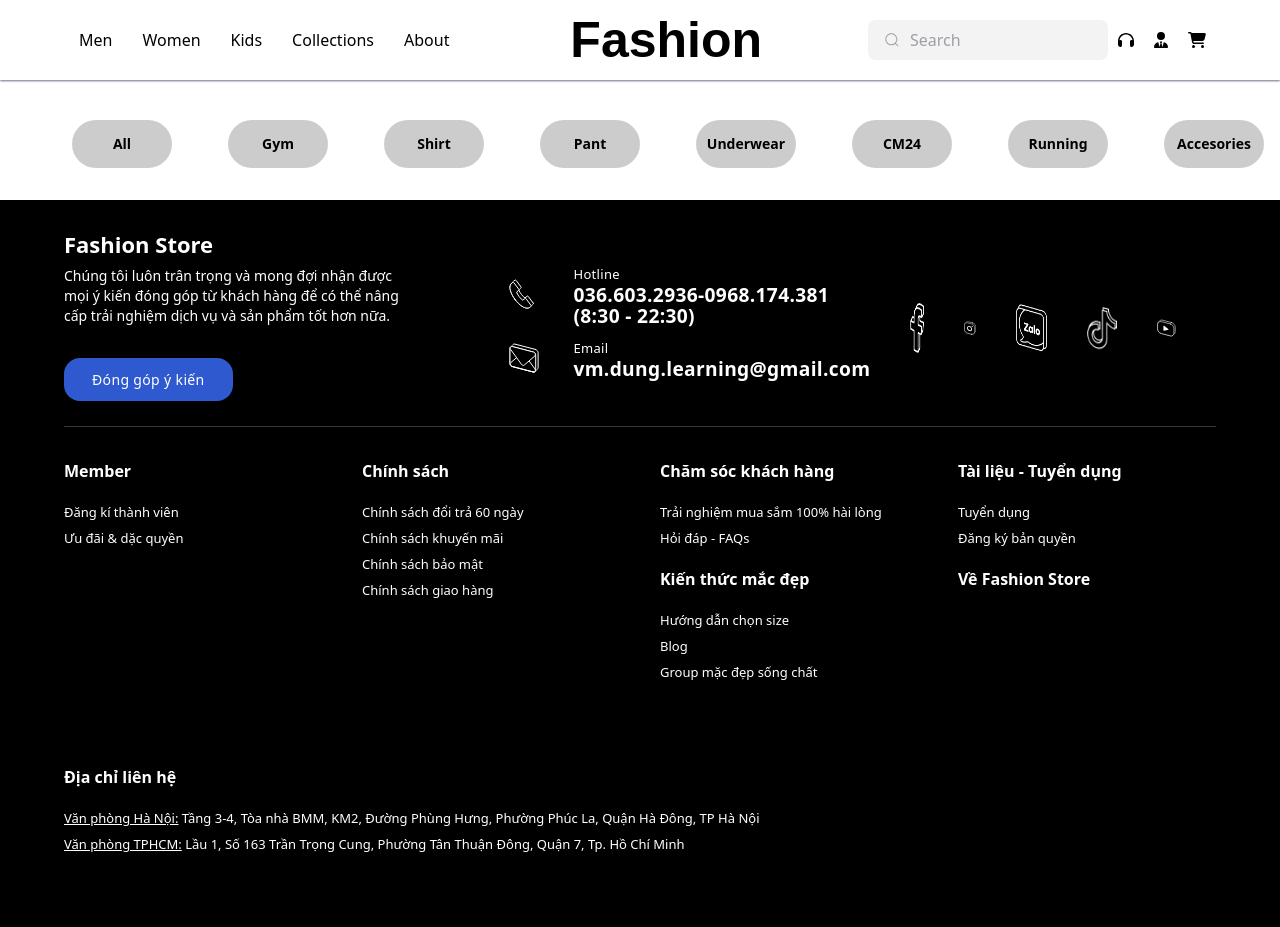
Repository: VuSnow/Software_Engineering
Page: /products
An editor plug-in stored every save of this project. The page is shown before and after the next save, followed by the edit.
The browser window is 1280 px wide. The pictures show the whole page.
The project was rebuilt for these pictures with package versions that can differ from the ones it lists, and the page was loaded fresh each time. The framework's server and built-in components were replaced by stand-ins that run in the browser. Also part of the build but not shown: next.config.js, src/components/cart/CartItem/CartItem.tsx, src/components/cart/Cart.tsx.

Above is the page before, as saved 2023-06-25 10:31:35.

After the next save:
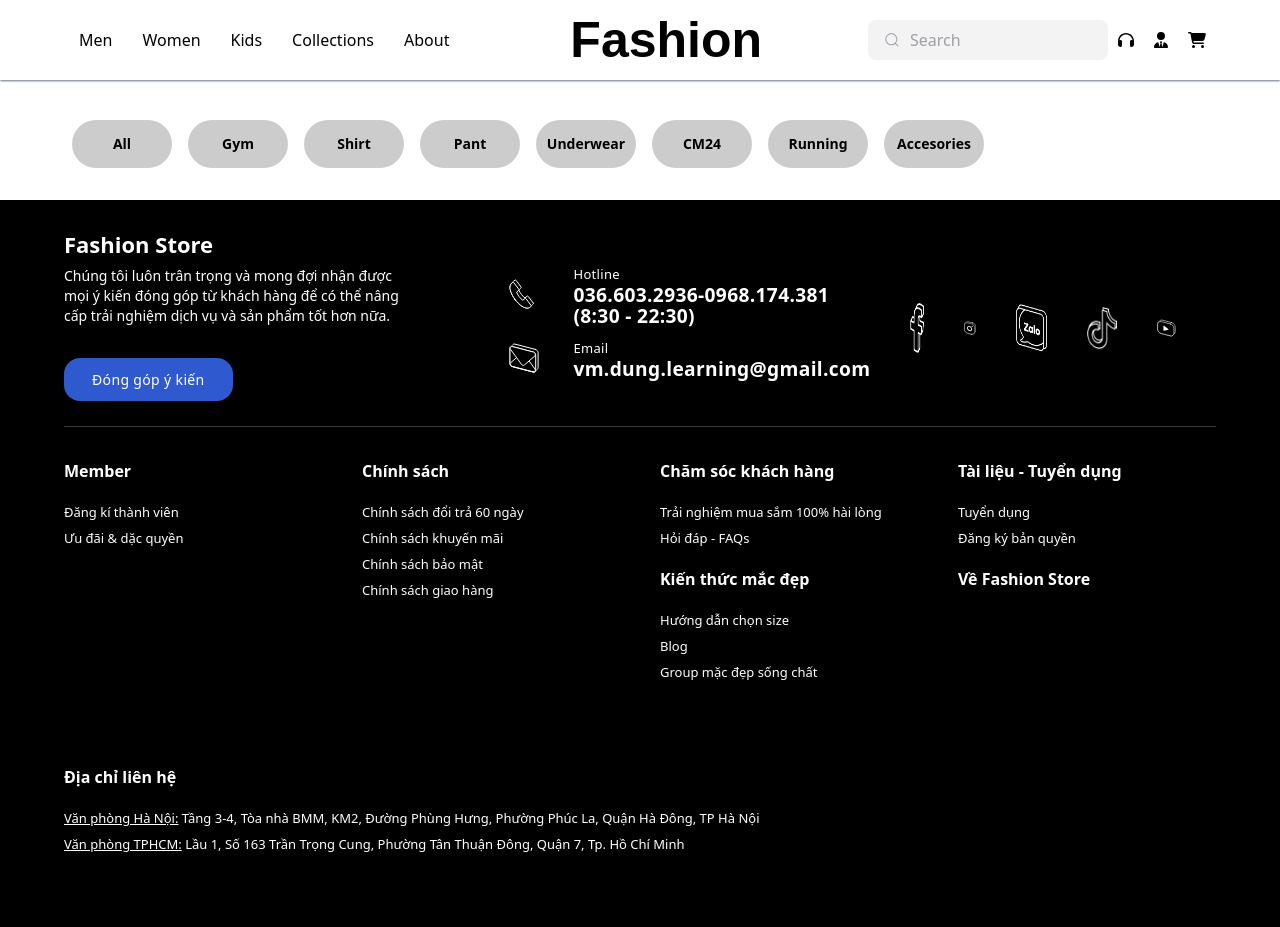
Saved 16 s later.
--- a/src/app/products/page.tsx
+++ b/src/app/products/page.tsx
@@ -6,7 +6,7 @@ const Products = () => {
     <section className="mt-20 px-[5%]">
       <div className="container mt-10">
         <div className="categories-list">
-          <div className="tab-header flex gap-10">
+          <div className="tab-header flex">
             <Link
               href="#"
               className="w-[100px] h-12 bg-[#ccc] flex items-center justify-center flex-col min-w-[100px] rounded-[41px] text-center text-sm my-0 mx-2 font-semibold py-[10px] px-3 flex-wrap-[initial]"
